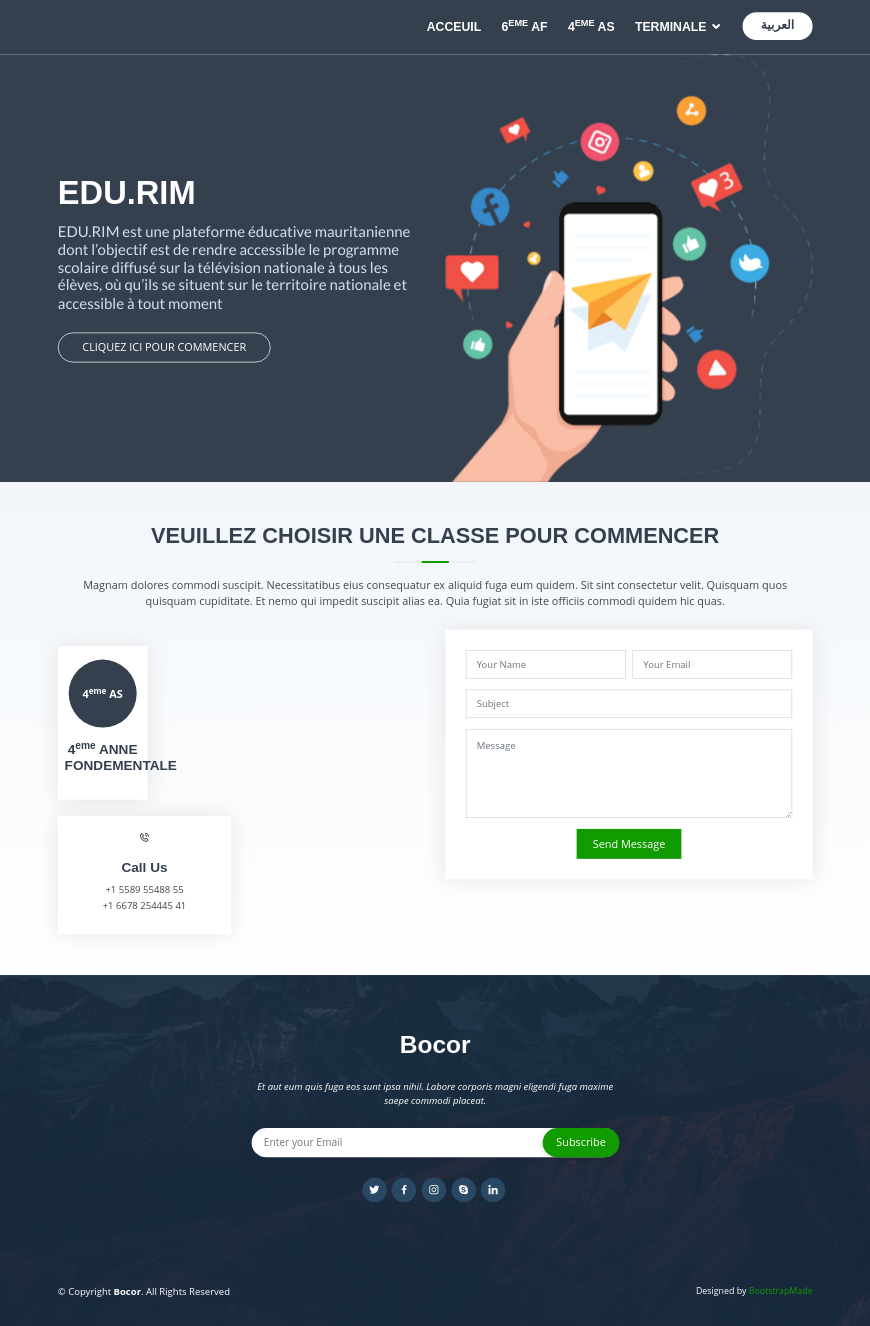
Repository: athiemohamed/courat
Page: http://localhost/
These files come from the project's save history. The page is drawn as it stood at one moment and after the next save; the edit follows.
The browser window is 1280 px wide. The pictures show the whole page, at 68% of full size.
Some web fonts or font styles are not loaded; a fallback is used. The page is run by PHP 8.4 with error messages shown; the project is at /var/www/html/.

Above is the page before, as saved 2020-03-26 13:09:37.

After the next save:
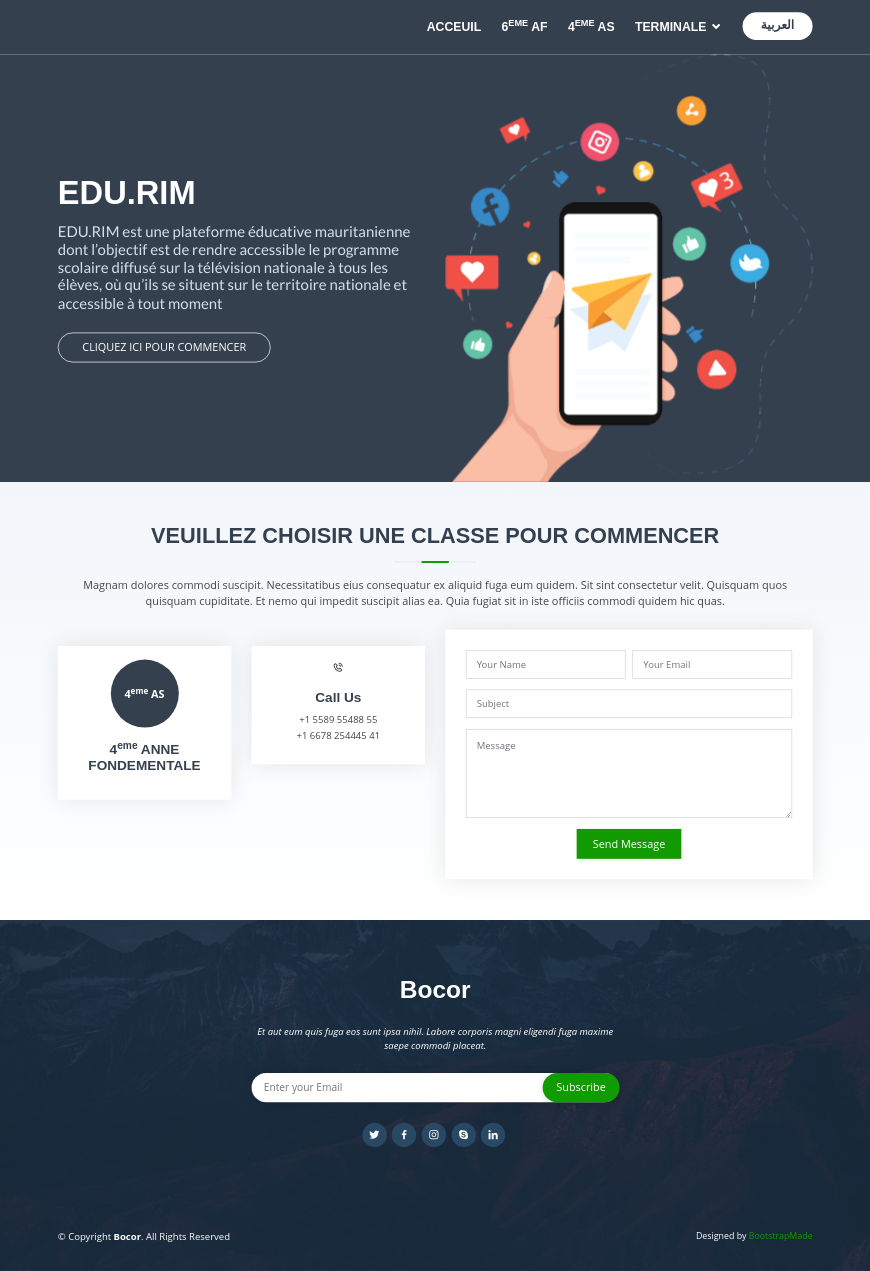
Saved 9 s later.
--- a/index.php
+++ b/index.php
@@ -151,7 +151,6 @@
           <div class="col-lg-6">
             <div class="row">
               <!-- Class item -->
-              <a href="#">
                 <div class="col-md-6">
                   <div class="info-box mt-4" data-aos="fade-up" data-aos-delay="100">
                     <div class="circle-badge">
@@ -160,7 +159,6 @@
                     <h3>4<sup>eme</sup> ANNE FONDEMENTALE</h3>
                   </div>
                 </div>
-              </a>
               <!-- End of class item -->
 
               <div class="col-md-6">
